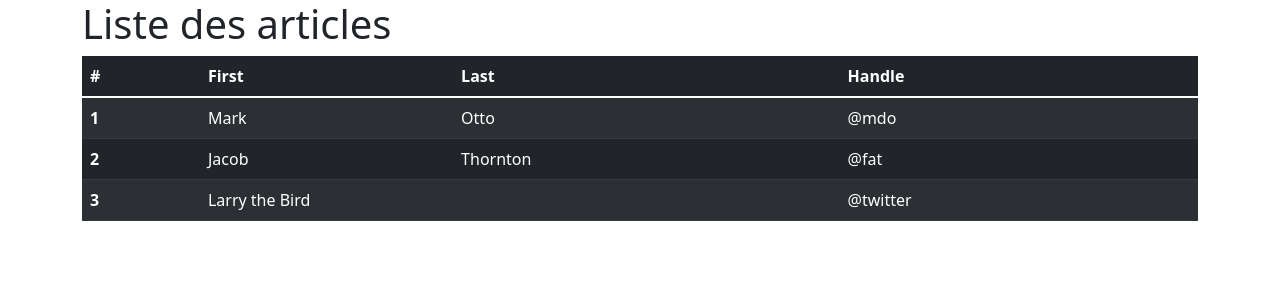
Repository: QuentinFayt/NewsWeb
Page: sources/adminNewsWeb/articlesList.html
The author's editor kept a copy of each file at every save. The page is drawn from the files as they stood at one save, then again after the next save.
The browser window is 1280 px wide. The pictures show the whole page.

Above is the page before, as saved 2021-12-23 11:51:45.

After the next save:
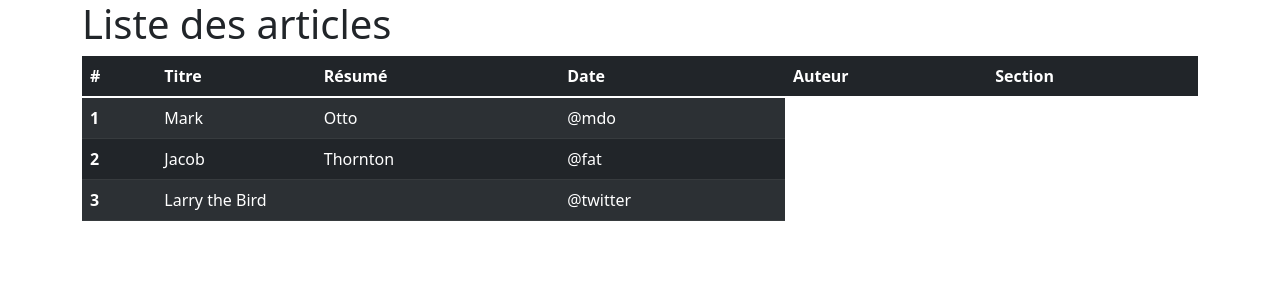
Saved 62 s later.
--- a/sources/adminNewsWeb/articlesList.html
+++ b/sources/adminNewsWeb/articlesList.html
@@ -15,9 +15,11 @@
             <thead>
                 <tr>
                     <th scope="col">#</th>
-                    <th scope="col">First</th>
-                    <th scope="col">Last</th>
-                    <th scope="col">Handle</th>
+                    <th scope="col">Titre</th>
+                    <th scope="col">Résumé</th>
+                    <th scope="col">Date</th>
+                    <th scope="col">Auteur</th>
+                    <th scope="col">Section</th>
                 </tr>
             </thead>
             <tbody>
